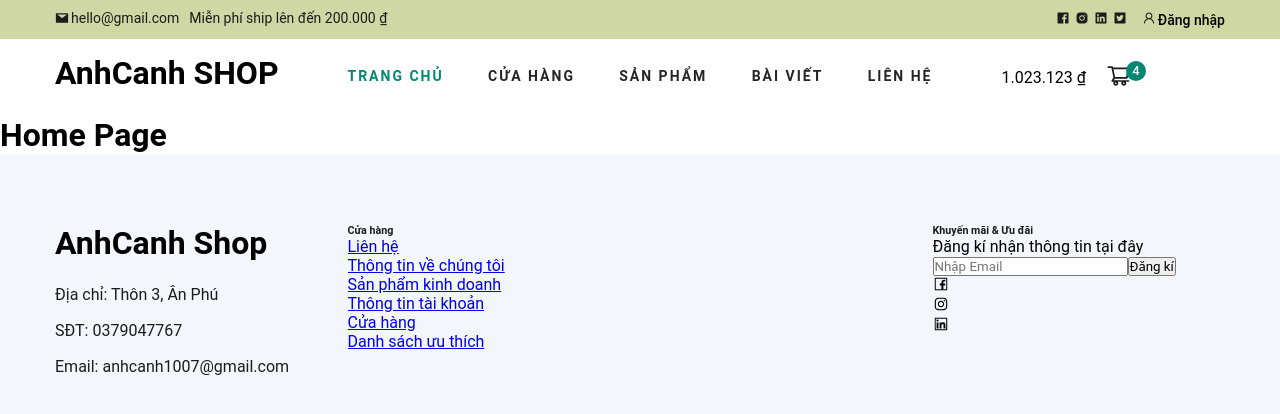
Repository: anhcanh1007/show_product
Page: /
These files come from the project's save history. The page is drawn as it stood at one moment and after a run of saves; the edit follows.
The browser window is 1280 px wide. The pictures show the whole page.
The project was rebuilt for these pictures with package versions that can differ from the ones it lists, and the page was loaded fresh each time. Imported but missing from the stored project, and not drawn on this page: src/pages/user/profilePage.

Above is the page before, as saved 2024-01-26 23:03:00.

### src/index.js
import React from "react";
import ReactDOM from "react-dom/client";
import { BrowserRouter } from "react-router-dom";
import RouterCustom from "./router";
import "./style/style.scss";

const root = ReactDOM.createRoot(document.getElementById("root"));
root.render(
  <BrowserRouter>
    <RouterCustom />
  </BrowserRouter>
);

// If you want to start measuring performance in your app, pass a function
// to log results (for example: reportWebVitals(console.log))
// or send to an analytics endpoint. Learn more: https://bit.ly/CRA-vitals

### src/router.js
import { ROUTERS } from "./utils/router";
import HomePage from "./pages/user/homePage";
import ProfilePage from "./pages/user/profilePage";
import { Route, Routes } from "react-router-dom";
import MasterLayout from "./pages/user/theme/masterLayout";

const renderUserRouter = () => {
  const userRouters = [
    {
      path: ROUTERS.USER.HOME,
      component: <HomePage />,
    },
    {
      path: ROUTERS.USER.PROFILE,
      component: <ProfilePage />,
    },
  ];

  return (
    <MasterLayout>
      <Routes>
        {userRouters.map((item, key) => (
          <Route key={key} path={item.path} element={item.component} />
        ))}
      </Routes>
    </MasterLayout>
  );
};

const RouterCustom = () => {
  return renderUserRouter();
};

export default RouterCustom;

### src/style/style.scss
@import './pages/all';
@import './pages/responsive';

### src/utils/router.js
export const ROUTERS = {
  USER: {
    HOME: "",
    PROFILE: "thong-tin-ca-nhan",
  },
};

### src/pages/user/homePage/index.js
import { memo } from "react";

const HomePage = () => {
  return <h1>Home Page</h1>;
};

export default memo(HomePage);

### src/pages/user/theme/masterLayout/index.js
import { memo } from "react";
import Header from "../header";
import Footer from "../footer";

const MasterLayout = ({ children, ...props }) => {
  return (
    <div {...props}>
      <Header />
      {children}
      <Footer />
    </div>
  );
};

export default memo(MasterLayout);

### src/style/pages/_all.scss
@use "sass:map";
@import './theme';
@import './responsive';

html, body {
    margin: 0;
}

* {
    font-family: Roboto;
    padding: 0;
    margin: 0;
}

.container {
    max-width: 1170px;
    width: 100%;
    padding-left: 15px;
    padding-right: 15px;
    // background: map.get($theme-colors, "main");
    margin: auto;
}

.row {
    display: flex;
    flex-wrap: wrap;
}

.col-6 {
    flex: 0 0 50%;
    max-width: 50%;
}

.col-lg-3 {
    flex: 0 0 25%;
    max-width: 25%;
}

.col-lg-6 {
    flex: 0 0 50%;
    max-width: 50%;
}

@include Responsive($DESTOP) {
    .col-xl-3 {
        flex: 0 0 25%;
        max-width: 25%;
    }
    .col-xl-6 {
        flex: 0 0 50%;
        max-width: 50%;
    }
}

@include Responsive($MEDIUM_DEVICE) {
    .col-lg-3 {
        flex: 0 0 25%;
        max-width: 25%;
        background: red;
    }
}

### src/style/pages/_theme.scss
$theme-colors : (
    "main" : #008874,
    "normal_text": #1c1c1c,
    "bold_text": #252525,
)

### src/style/pages/_responsive.scss
$DESTOP: "DESTOP";
$MEDIUM_DEVICE: "MEDIUM_DEVICE";
$TABLE_DEVICE: "TABLE_DEVICE";
$WIDE_MOBILE: "WIDE_MOBILE";
$SMALL_DEVICES: "SMALL_DEVICES";

@mixin Responsive($canvas) {
    @if $canvas == $DESTOP {
        @media only screen and (min-width: 1200px){
            @content;
        }
    } @else if $canvas == $MEDIUM_DEVICE {
        @media only screen and (min-width: 992px) and (max-width: 1199px){
            @content;
        }
    } @else if $canvas == $TABLE_DEVICE {
        @media only screen and (min-width: 768px) and (max-width: 991px){
            @content;
        }
    } @else if $canvas == $WIDE_MOBILE {
        @media only screen and (max-width: 767px){
            @content;
        }
    } @else if $canvas == $MEDIUM_DEVICE {
        @media only screen and (max-width: 575px){
            @content;
        }
    }
}

### src/pages/user/theme/header/index.js
import { memo, useState } from "react";
import {
  AiFillFacebook,
  AiFillInstagram,
  AiFillLinkedin,
  AiFillMail,
  AiFillTwitterSquare,
  AiOutlineShoppingCart,
  AiOutlineUser,
} from "react-icons/ai";
import "./style.scss";
import { Link } from "react-router-dom";
import { formater } from "utils/formater";
import { ROUTERS } from "utils/router";

const Header = () => {
  const [menus, setMenus] = useState([
    {
      name: "Trang chủ",
      path: ROUTERS.USER.HOME,
    },
    {
      name: "Cửa hàng",
      path: ROUTERS.USER.HOME,
    },
    {
      name: "Sản phẩm",
      path: "",
      isShowSubmenu: false,
      child: [
        {
          name: "Thịt",
          path: "",
        },
        {
          name: "Rau củ",
          path: "",
        },
        {
          name: "Thức ăn nhanh",
          path: "",
        },
      ],
    },
    {
      name: "Bài viết",
      path: ROUTERS.USER.HOME,
    },
    {
      name: "Liên hệ",
      path: ROUTERS.USER.HOME,
    },
  ]);
  return (
    <>
      <div className="header__top">
        <div className="container">
          <div className="row">
            <div className="col-6 header__top_left">
              <ul>
                <li>
                  <AiFillMail />
                  <span>hello@gmail.com</span>
                </li>
                <li>Miễn phí ship lên đến {formater(200000)}</li>
              </ul>
            </div>
            <div className="col-6 header__top_right">
              <ul>
                <li>
                  <Link to={""}>
                    <AiFillFacebook />
                  </Link>
                </li>
                <li>
                  <Link to={""}>
                    <AiFillInstagram />
                  </Link>
                </li>
                <li>
                  <Link to={""}>
                    <AiFillLinkedin />
                  </Link>
                </li>
                <li>
                  <Link to={""}>
                    <AiFillTwitterSquare />
                  </Link>
                </li>
                <li>
                  <Link to={""}>
                    <AiOutlineUser />
                  </Link>
                  <span>Đăng nhập</span>
                </li>
              </ul>
            </div>
          </div>
        </div>
      </div>
      <div className="container">
        <div className="row">
          <div className="col-xl-3">
            <div className="header__logo">
              <h1>AnhCanh SHOP</h1>
            </div>
          </div>
          <div className="col-xl-6">
            <nav className="header__menu">
              <ul>
                {menus?.map((menu, menuKey) => (
                  <li key={menuKey} className={menuKey === 0 ? "active" : ""}>
                    <Link to={menu.path}>{menu.name}</Link>
                    {menu.child && (
                      <ul className="header__menu_dropdown">
                        {menu.child.map((childItem, childKey) => (
                          <li key={`${menuKey}-${childKey}`}>
                            <Link to={childItem.path}>{childItem.name}</Link>
                          </li>
                        ))}
                      </ul>
                    )}
                  </li>
                ))}
              </ul>
            </nav>
          </div>
          <div className="col-xl-3">
            <div className="header__cart">
              <div className="header__cart_price">
                <span>{formater(1023123)}</span>
              </div>
              <ul>
                <li>
                  <Link to="#">
                    <AiOutlineShoppingCart /> <span>4</span>
                  </Link>
                </li>
              </ul>
            </div>
          </div>
        </div>
      </div>
    </>
  );
};

export default memo(Header);

### src/pages/user/theme/footer/index.js
import { memo } from "react";
import "./style.scss";
import { Link } from "react-router-dom";
import {
  AiOutlineFacebook,
  AiOutlineInstagram,
  AiOutlineLinkedin,
} from "react-icons/ai";

const Footer = () => {
  return (
    <>
      <footer className="footer">
        <div className="container">
          <div className="row">
            <div className="col-lg-3">
              <div className="footer__about">
                <h1 className="footer__about_logo">AnhCanh Shop</h1>
                <ul>
                  <li>Địa chỉ: Thôn 3, Ân Phú</li>
                  <li>SĐT: 0379047767</li>
                  <li>Email: anhcanh1007@gmail.com</li>
                </ul>
              </div>
            </div>
            <div className="col-lg-6">
              <div className="footer__widget">
                <h6>Cửa hàng</h6>
                <ul>
                  <li>
                    <Link to="">Liên hệ</Link>
                  </li>
                  <li>
                    <Link to="">Thông tin về chúng tôi</Link>
                  </li>
                  <li>
                    <Link to="">Sản phẩm kinh doanh</Link>
                  </li>
                </ul>
                <ul>
                  <li>
                    <Link to="">Thông tin tài khoản</Link>
                  </li>
                  <li>
                    <Link to="">Cửa hàng</Link>
                  </li>
                  <li>
                    <Link to="">Danh sách ưu thích</Link>
                  </li>
                </ul>
              </div>
            </div>
            <div className="col-lg-3">
              <div className="footer__widget">
                <h6>Khuyến mãi & Ưu đãi</h6>
                <p>Đăng kí nhận thông tin tại đây</p>
                <form action="#">
                  <div>
                    <input type="text" placeholder="Nhập Email" />
                    <button type="submit" className="submit-button">
                      Đăng kí
                    </button>
                  </div>
                  <div>
                    <div>
                      <AiOutlineFacebook />
                    </div>
                    <div>
                      <AiOutlineInstagram />
                    </div>
                    <div>
                      <AiOutlineLinkedin />
                    </div>
                  </div>
                </form>
              </div>
            </div>
          </div>
        </div>
      </footer>
    </>
  );
};

export default memo(Footer);

### src/pages/user/theme/header/style.scss
@use "sass:map";
@import 'style/pages/_theme.scss';
.header__top{
    background-color: #CFD7A4;
}

.header__top_left {
    padding: 10px 0 10px;
    ul {
        display: flex;
        align-items: center;
        column-gap: 10px;
        list-style: none;

        li{
            font-size: 14px;
            color: map.get($theme-colors, "normal_text");
            display: flex;
            align-items: center;
            column-gap: 2px;
        }
    }
}

.header__top_right {
    display: flex;
    justify-content: flex-end;
    padding: 10px 0 10px;
    align-items: center;

    ul {
        display: flex;
        column-gap: 5px;
        list-style: none;

        li:last-child{
            margin-left: 10px;

            span {
                font-size: 14px;
                margin-left: 2px;
                font-weight: 500;
            }
        }

        a {
            font-size: 14px;
            display: inline-block;
            color: map.get($theme-colors, "normal_text");
        }
    }
}

.header__logo {
    padding: 15px 0;
}

.header__menu {
    padding: 24px 0;

    ul {
        display: flex;
        justify-content: space-between;

        li {
            list-style: none;

            a {
                text-decoration: none;
                font-size: 14px;
                color: map.get($theme-colors, 'bold_text');
                font-weight: bold;
                text-transform: uppercase;
                letter-spacing: 2px;
                transition: all 0.3s;
                padding: 5px 0;
                display: block;
            }
        }

        li:hover .header__menu_dropdown {
            opacity: 1;
            visibility: visible;
        }

        .active a{
            color: map.get($theme-colors, 'main');
        }

        .header__menu_dropdown {
            background-color: #222222;
            display: block;
            position: absolute;
            width: 180px;
            z-index: 9;
            padding: 5px 0;
            transition: all, 0.3s;
            opacity: 0;
            visibility: hidden;

            a{
                text-transform: capitalize;
                color: #ffffff;
                font-weight: 400;
                padding: 5px 15px;
            }

            :hover {
                color: map.get($theme-colors, 'main');
            }
        }
    }
}

.header__cart {
    display: flex;
    justify-content: center;
    align-items: center;
    padding: 24px 0;

    ul {
        display: flex;
        margin-right: 25px;

        li {
            list-style: none;
            position: relative;
            margin-left: 20px;

            svg {
                font-size: 25px;
                color: map.get($theme-colors, "normal_text");
            }

            span {
                color: white;
                background-color: map.get($theme-colors, "main");
                position: absolute;
                height: 20px;
                width: 20px;
                border-radius: 40px;
                display: inline-block;
                text-align: center;
                line-height: 20px;
                font-size: 13px;
                font-weight: 500;
                left: 20px;
                top: -2px;
            }
        }
    }

}

### src/utils/formater.js
export const formater = (number) => {
  return new Intl.NumberFormat("vi-VN", {
    style: "currency",
    currency: "VND",
  }).format(number);
};

### src/pages/user/theme/footer/style.scss
@use "sass:map";
@import 'style/pages/_theme.scss';

.footer {
    background: #F3F6FA;
    padding-top: 70px;
    padding-bottom: 0;
    .footer__about {
        margin-bottom: 30px;

        .footer__about_logo {
            margin-bottom: 15px;
            display: inline-block;
        }

        ul {

            li {
                list-style: none;
                color: map.get($theme-colors, 'normal_text');
                font-style: 16px;
                line-height: 36px;
            }
        }
    }

    .footer__widget {
        margin-bottom: 30px;
        overflow: hidden;

        h6 {
            color: map.get($theme-colors,'normal_text');

        }
    }
}

Loaded but not shown: public/index.html (common file)

After the next 2 saves:
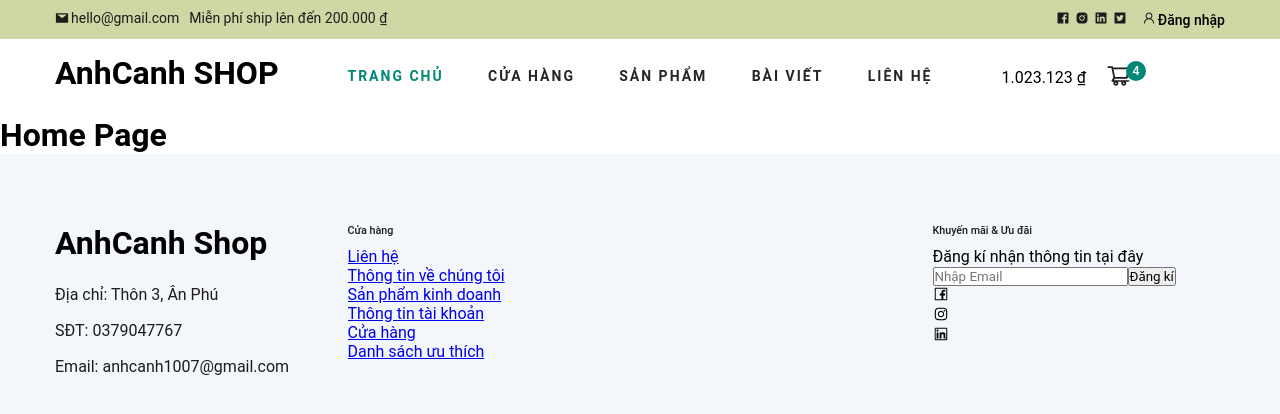
The 2 saves are shown as one change because they came seconds apart.
The last was saved 13 s later.
--- a/src/pages/user/theme/footer/style.scss
+++ b/src/pages/user/theme/footer/style.scss
@@ -30,7 +30,9 @@
 
         h6 {
             color: map.get($theme-colors,'normal_text');
-
+            margin-bottom: 10px;
+            font-style: 16px;
+            font-weight: 500;
         }
     }
 }
